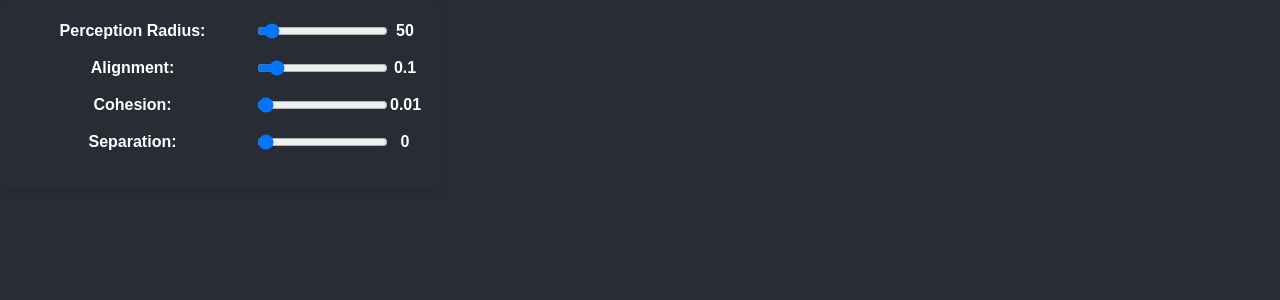
Repository: eltonsampaio12/boids
Page: index.html
The author's editor kept a copy of each file at every save. The page is drawn from the files as they stood at one save, then again after the next save.
The browser window is 1280 px wide. The pictures show the whole page.

Above is the page before, as saved 2024-02-01 00:12:38.
Not found: main.ts

After the next save:
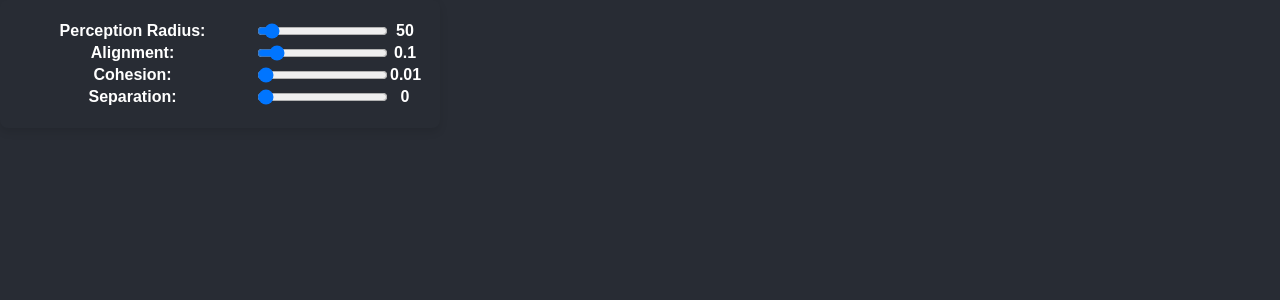
Saved 8 s later.
--- a/index.html
+++ b/index.html
@@ -22,7 +22,6 @@
       .parameterParent {
         display: flex;
         align-items: center;
-        margin-bottom: 15px;
       }
 
       label {

After the save that followed:
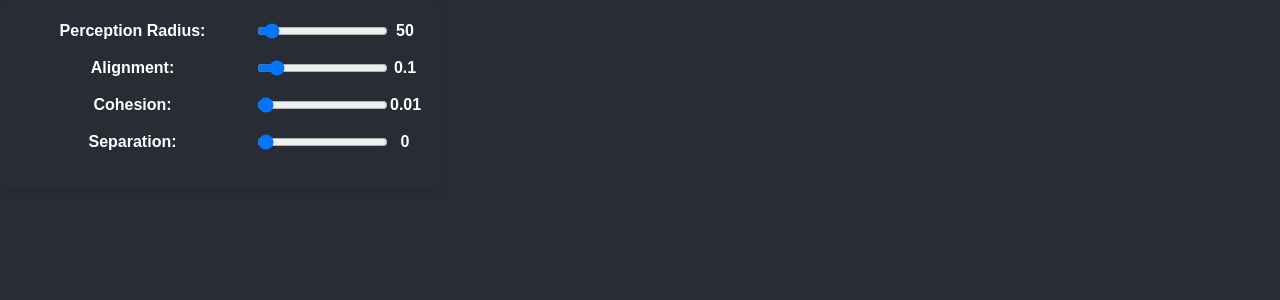
Saved 4 s later.
--- a/index.html
+++ b/index.html
@@ -22,6 +22,7 @@
       .parameterParent {
         display: flex;
         align-items: center;
+        margin-bottom: 15px;
       }
 
       label {
